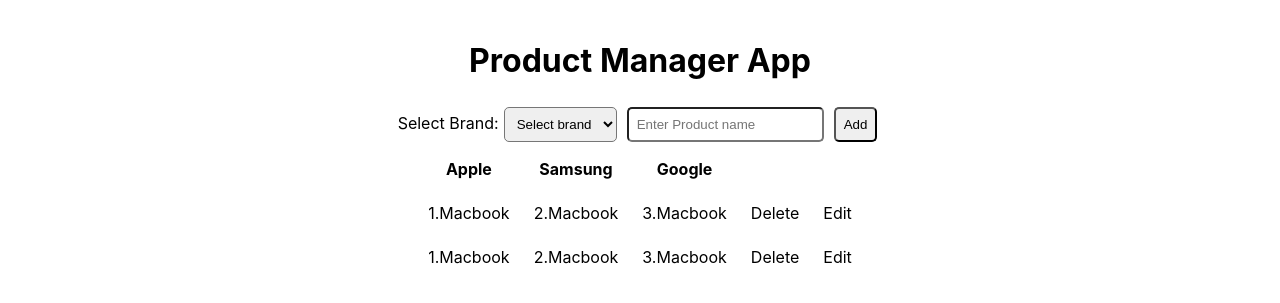
Repository: sunilkc-7/product-manager-app
Page: /
These files come from the project's save history. The page is drawn as it stood at one moment and after the next save; the edit follows.
The browser window is 1280 px wide. The pictures show the whole page.
The project was rebuilt for these pictures with package versions that can differ from the ones it lists, and the page was loaded fresh each time.

Above is the page before, as saved 2023-07-31 19:34:12.

### src/App.js
import "./App.css";
import productsData from "./data/data.json";
import { useState } from "react";

function App() {
  const [brandList, setBrandList] = useState(productsData.brands);
  const [productList, setProductList] = useState(productsData.products);

  return (
    <div className="App">
      <h1>Product Manager App</h1>
      <div className="form-container">
        <label>Select Brand:</label>
        <select>
          <option value="">Select brand</option>
          {brandList.map((brand) => (
            <option key={brand} value={brand}>
              {brand}
            </option>
          ))}
        </select>

        <input type="text" placeholder="Enter Product name" />

        <button>Add</button>
      </div>
      <table>
        <thead>
          <tr>
            <th>Apple</th>
            <th>Samsung</th>
            <th>Google</th>
          </tr>
        </thead>
        <tbody>
          <tr>
            <td>1.Macbook</td>
            <td>2.Macbook</td>
            <td>3.Macbook</td>
            <td>Delete</td>
            <td>Edit</td>
          </tr>
          <tr>
            <td>1.Macbook</td>
            <td>2.Macbook</td>
            <td>3.Macbook</td>
            <td>Delete</td>
            <td>Edit</td>
          </tr>
        </tbody>
      </table>
      {}
    </div>
  );
}

export default App;

### src/App.css
.body {
  display: flex;
  justify-content: center;
  height: 100vh;
  margin: 0;
}

.App {
  display: flex;
  flex-direction: column;
  justify-content: center;
  align-items: center;
  padding: 20px;
}

select,
input,
button {
  padding: 8px;
  border-radius: 5px;
  margin: 5px;
}

button {
  cursor: pointer;
}

table,
th,
td {
  /* border: 1px solid black; */
  border-collapse: collapse;

  padding: 12px;
}

### src/data/data.json
{
  "brands": ["Brand A", "Brand B", "Brand C"],
  "products": [
    {
      "brand": "Apple",
      "name": "Product1"
    },
    {
      "brand": "Samsung",
      "name": "Product2"
    },
    {
      "brand": "Google",
      "name": "Product3"
    }
  ]
}

Loaded but not shown: public/index.html (common file); src/index.js (common file); src/index.css (common file); src/reportWebVitals.js (common file)

After the next save:
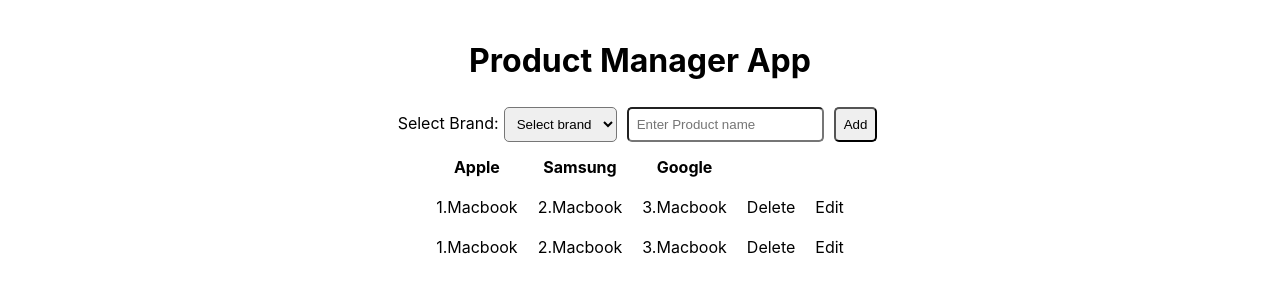
Saved 10 s later.
--- a/src/App.css
+++ b/src/App.css
@@ -31,5 +31,5 @@
   /* border: 1px solid black; */
   border-collapse: collapse;
 
-  padding: 12px;
+  padding: 10px;
 }
